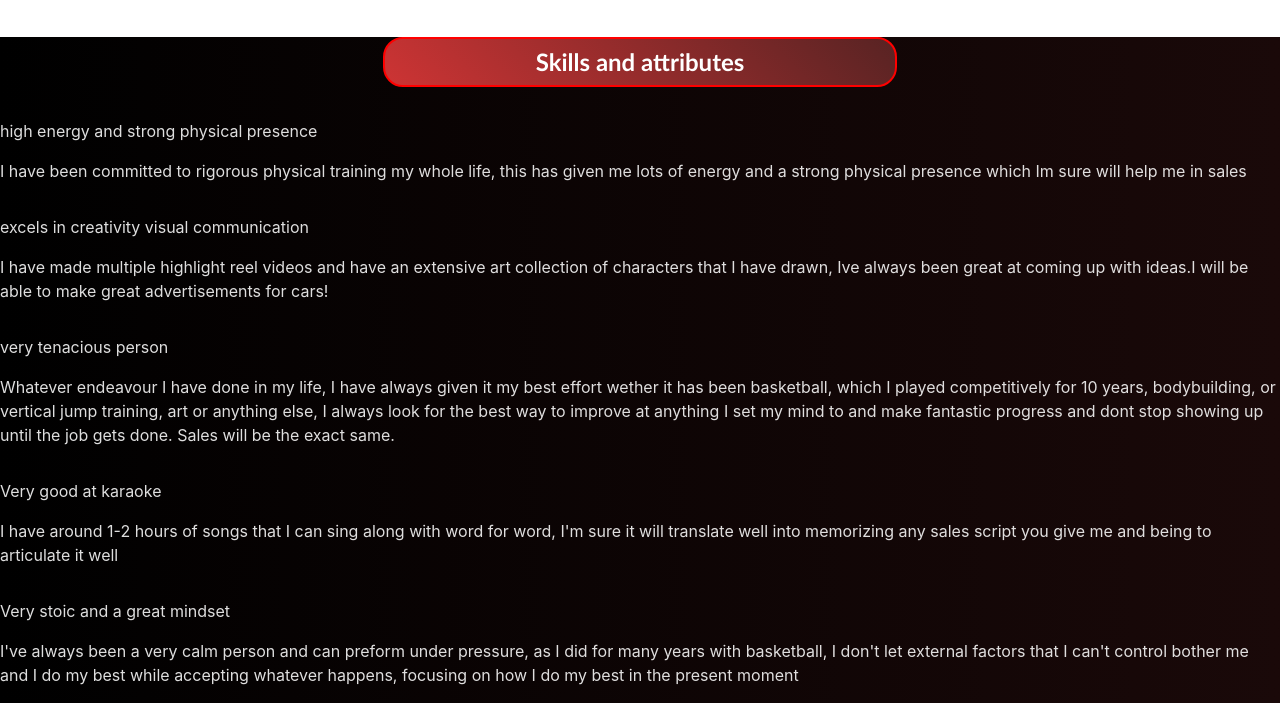
Repository: TMuse333/resume1
Page: /
These files come from the project's save history. The page is drawn as it stood at one moment and after the next save; the edit follows.
The browser window is 1280 px wide. The pictures show the whole page.
The project was rebuilt for these pictures with package versions that can differ from the ones it lists, and the page was loaded fresh each time. Also part of the build but not shown: vite.config.js, src/components/navbar.jsx, src/components/about.jsx, src/components/contact.jsx, src/components/footer.jsx, src/components/experience.jsx, src/components/carousel.jsx, src/components/experienceCarousel.jsx and 4 more. Imported but missing from the stored project, and not drawn on this page: src/images/best_dunk.mp4.

Above is the page before, as saved 2023-10-18 15:02:42.

After the next save:
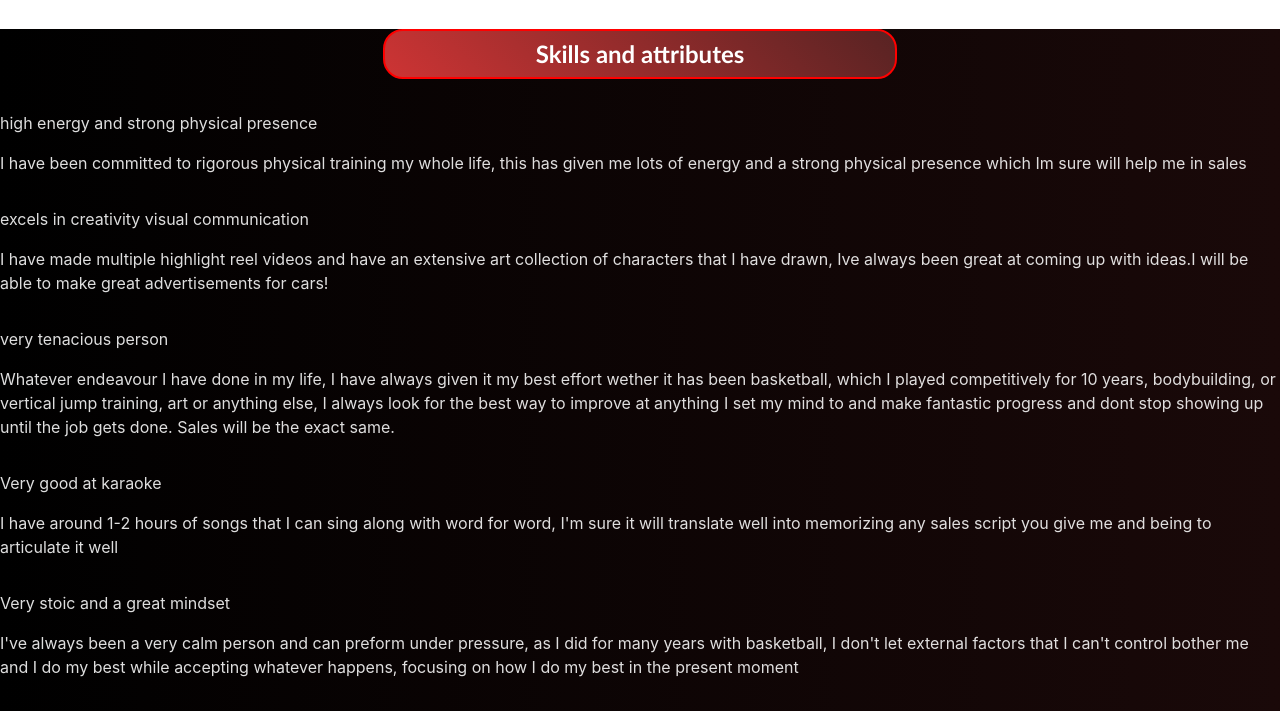
Saved 11 s later.
--- a/src/components/skillDesc.js
+++ b/src/components/skillDesc.js
@@ -242,6 +242,8 @@ export const attributes = [
     "with basketball, I don't let external factors that I can't control bother me and I do my best while accepting whatever happens, "+
     "focusing on how I do my best in the present moment"
   },
-
+  {
+
+  }
 
 ]
